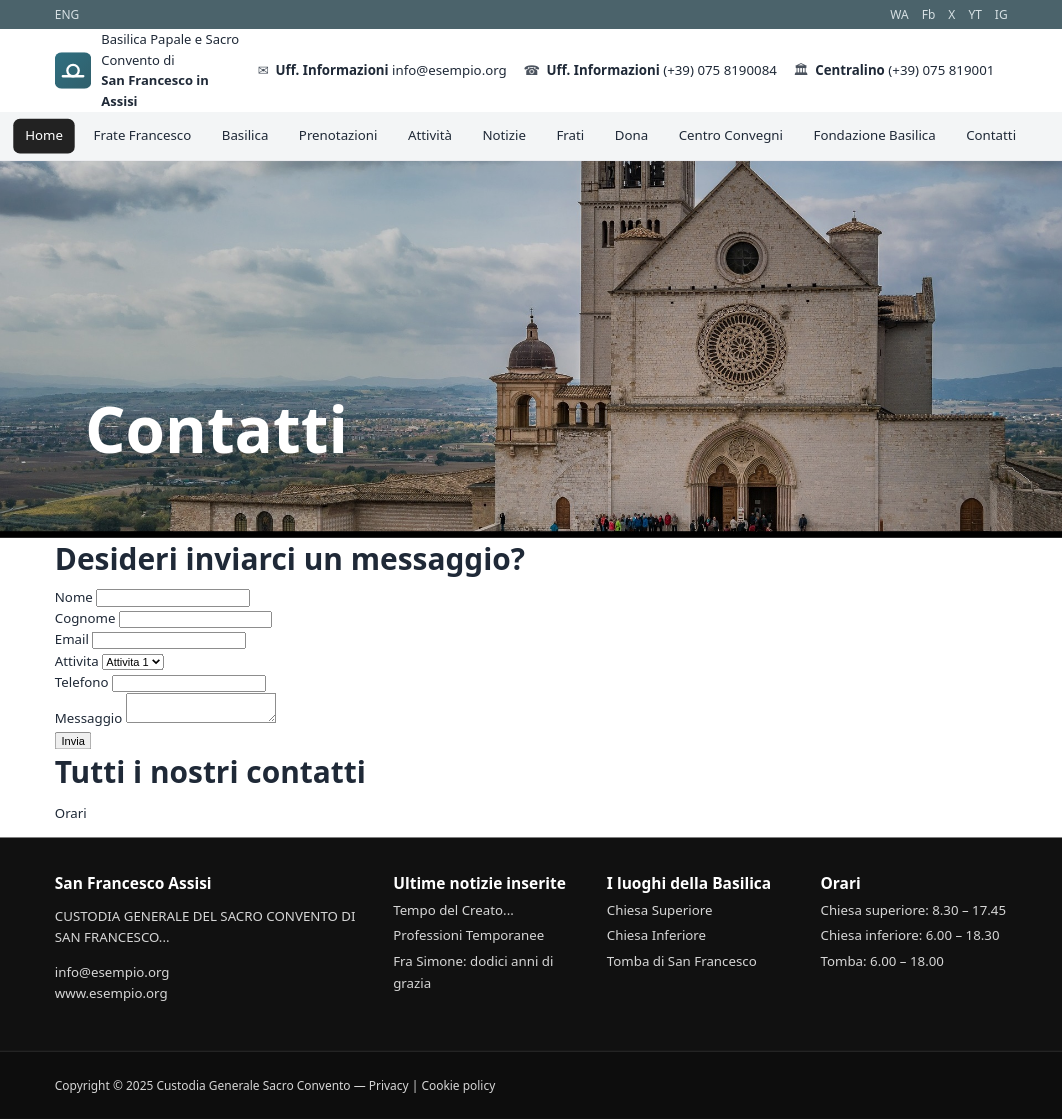
Repository: leacappello/basilica-platform-project
Page: pages/contatti.html
These files come from the project's save history. The page is drawn as it stood at one moment and after the next save; the edit follows.
The browser window is 1280 px wide. The pictures show the whole page, at 83% of full size.

Above is the page before, as saved 2025-09-17 09:32:08.
Console error (its wording comes from the project's code and is left out).

After the next save:
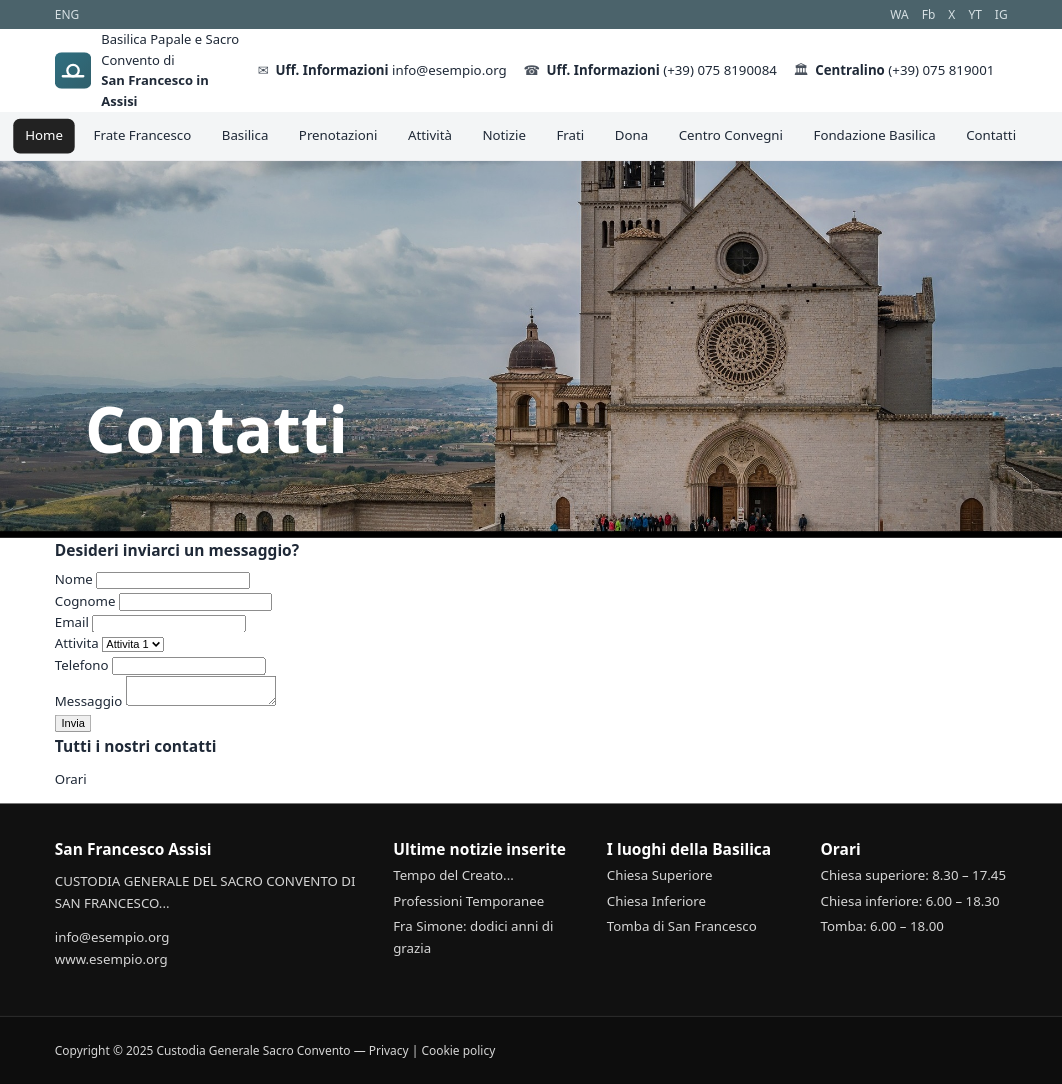
Saved 28 s later.
--- a/pages/contatti.html
+++ b/pages/contatti.html
@@ -165,7 +165,7 @@
                 <div class="row">
                     <!-- form contaatti -->
                     <div class="form">
-                        <h2>Desideri inviarci un messaggio?</h2>
+                        <h3>Desideri inviarci un messaggio?</h3>
                         <form>
                             <!-- nome -->
                             <div>
@@ -206,7 +206,7 @@
                     </div>
                     <!-- informazioni varie -->
                     <div class="info">
-                        <h2>Tutti i nostri contatti</h2>
+                        <h3>Tutti i nostri contatti</h3>
                         <p>Orari</p>
                     </div>
                 </div>
